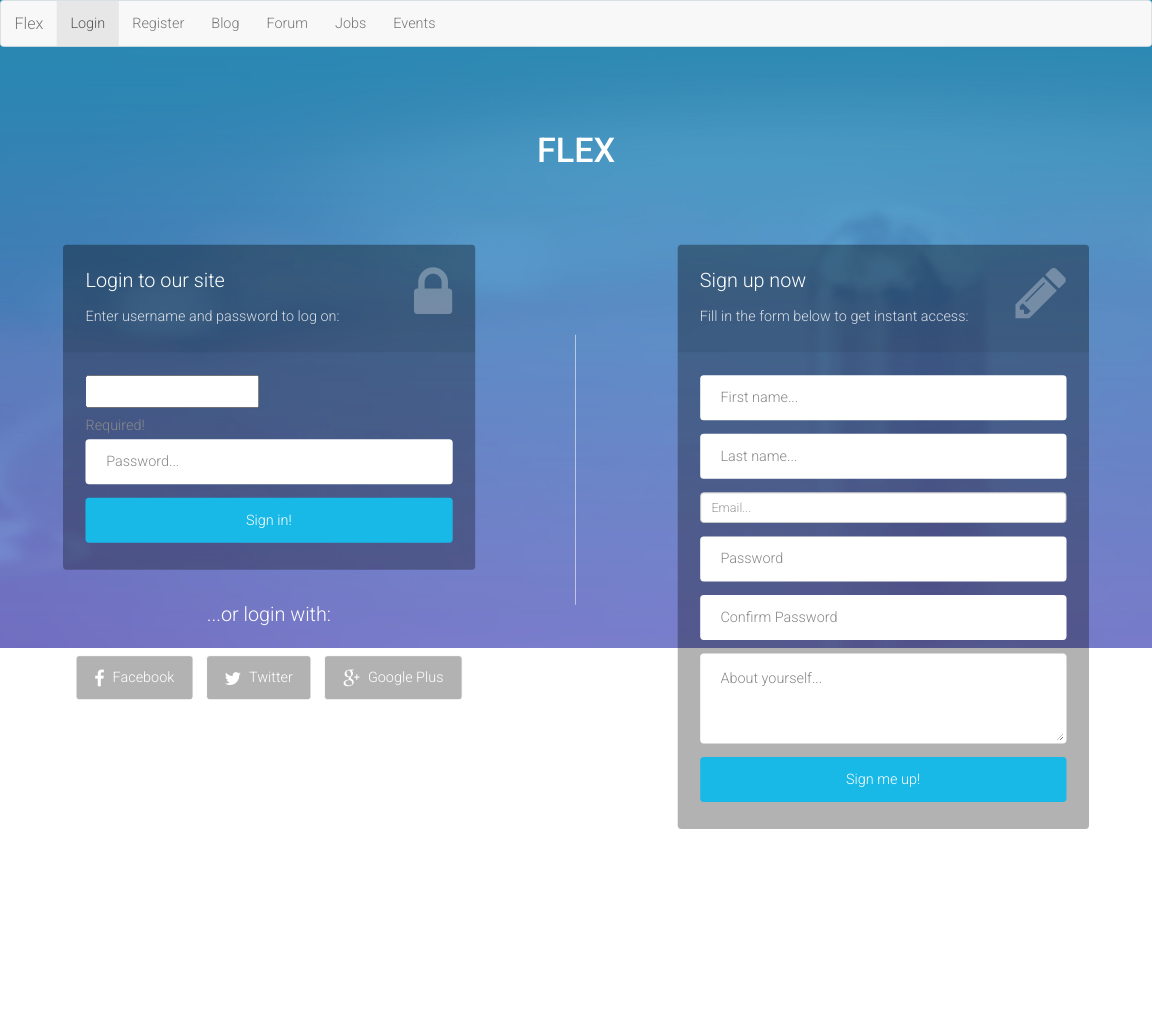
Repository: Angelamritha2012/Flex
Page: Collaboration/WebContent/index.html
These files come from the project's save history. The page is drawn as it stood at one moment and after the next save; the edit follows.
The browser window is 1280 px wide. The pictures show the whole page, at 90% of full size.
Some web libraries are served in a nearby version.

Above is the page before, as saved 2017-11-30 10:09:53.

After the next save:
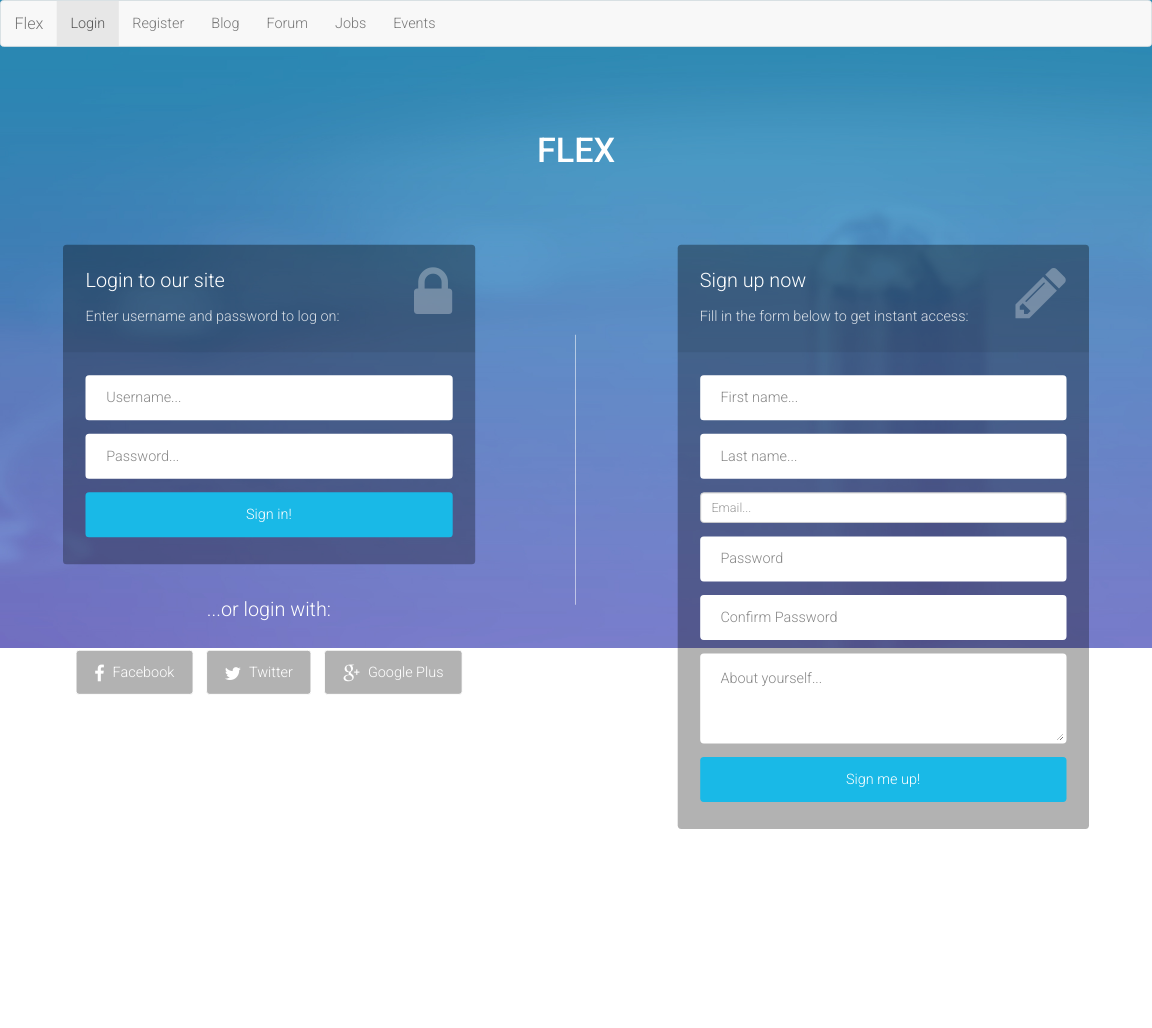
Saved 17 s later.
--- a/Collaboration/WebContent/index.html
+++ b/Collaboration/WebContent/index.html
@@ -86,19 +86,11 @@
 	                            <div class="form-bottom">
 	                            <form name="myForm" ng-submit="submitForm()" novalidate>
 
-				                   <!--  <div class="form-group">
+				                    <div class="form-group">
 				                    		<label class="sr-only" for="form-username">Username</label>
 				                        	<input type="text" name="form-username" placeholder="Username..." class="form-username form-control" id="form-username">
-				                        </div>	 -->
-				                         <label>
-      <input type="email" name="input" ng-model="email.text" required>
-    </label>
-    <div role="alert">
-      <span class="error" ng-show="myForm.input.$error.required">
-        Required!</span>
-      <span class="error" ng-show="myForm.input.$error.email">
-        Not valid email!</span>
-    </div>
+				                        </div>
+
 
 				                        <div class="form-group">
 				                        	<label class="sr-only" for="form-password">Password</label>
